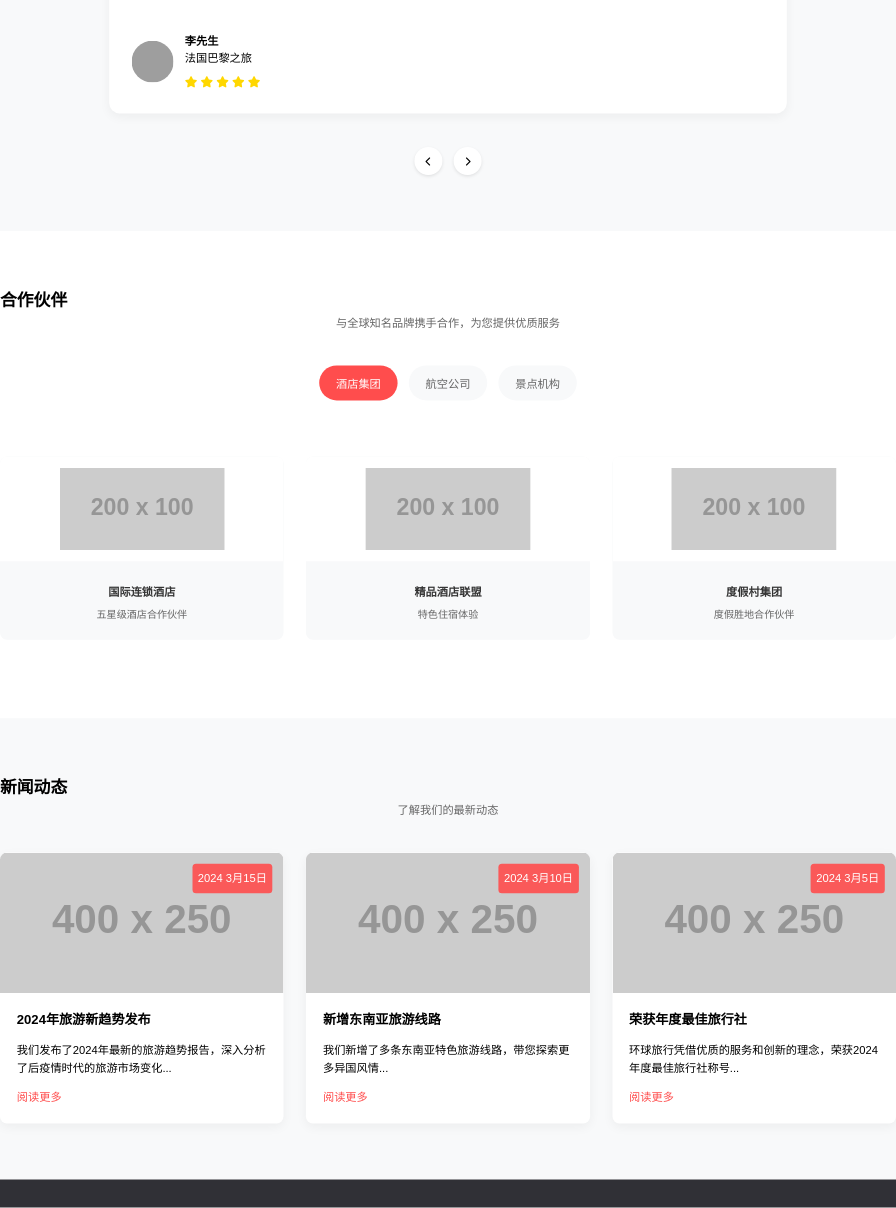
Repository: huang-heavenly-Emperor/travel_1
Page: pages/about.html
The author's editor kept a copy of each file at every save. The page is drawn from the files as they stood at one save, then again after the next save.
The browser window is 1280 px wide. The pictures show the part of the page from y = 4580 to 6500 px (the page is 6305 px tall before and 6922 px after), at 70% of full size.
Pictures or frames that could not be fetched are drawn as grey boxes. A picture or video elsewhere on the page could not be fetched, so the positions and the page height are approximate.

Above is the page before, as saved 2024-11-18 02:38:20.

### pages/about.html
<!DOCTYPE html>
<html lang="zh-CN">
<head>
    <meta charset="UTF-8">
    <meta name="viewport" content="width=device-width, initial-scale=1.0">
    <meta name="description" content="环球旅行 - 专业的旅游服务提供商，为您提供全球旅游攻略、行程规划和预订服务">
    <meta name="keywords" content="环球旅行,旅游,旅行社,旅游攻略,旅游预订">
    <meta name="author" content="环球旅行">

    <!-- 网站图标 -->
    <link rel="icon" href="../assets/images/favicon.ico" type="image/x-icon">
    <link rel="shortcut icon" href="../assets/images/favicon.ico" type="image/x-icon">

    <!-- 社交媒体分享信息 -->
    <meta property="og:title" content="关于我们 - 环球旅行">
    <meta property="og:description" content="了解环球旅行的故事和我们的服务理念">
    <meta property="og:image" content="../assets/images/about/share-image.jpg">
    <meta property="og:url" content="https://yourwebsite.com/about">

    <!-- CSS 文件引入 -->
    <link rel="stylesheet" href="../css/style.css">
    <link rel="stylesheet" href="../css/animations.css">
    <link rel="stylesheet" href="../css/responsive.css">
    <link rel="stylesheet" href="../css/about.css">

    <!-- 字体图标 -->
    <link rel="stylesheet" href="https://cdnjs.cloudflare.com/ajax/libs/font-awesome/6.0.0/css/all.min.css">
</head>
<body>
    <!-- 导航栏 -->
    <nav class="main-nav">
        <!-- 与首页相同的导航结构 -->
    </nav>

    <!-- 页面头部 -->
    <header class="about-header">
        <div class="header-content">
            <h1>关于我们</h1>
            <p>探索世界，创造回忆</p>
        </div>
    </header>

    <!-- 公司简介 -->
    <section class="company-intro">
        <div class="container">
            <div class="intro-content">
                <h2>我们的故事</h2>
                <p>环球旅行成立于2010年，致力于为旅行者提供最优质的旅游体验。十余年来，我们始终坚持"让旅行更美好"的理念，服务数十万旅客游览世界各地。</p>
            </div>
            <div class="intro-image">
                <img src="../assets/images/about/company.jpg" alt="公司简介">
            </div>
        </div>
    </section>

    <!-- 核心价值观 -->
    <section class="core-values">
        <div class="container">
            <h2>我们的价值观</h2>
            <div class="values-grid">
                <div class="value-card">
                    <i class="fas fa-heart"></i>
                    <h3>专业服务</h3>
                    <p>提供专业的旅游规划和贴心的服务</p>
                </div>
                <div class="value-card">
                    <i class="fas fa-shield-alt"></i>
                    <h3>安全保障</h3>
                    <p>确保旅客的安全是我们的首要任务</p>
                </div>
                <div class="value-card">
                    <i class="fas fa-star"></i>
                    <h3>品质保证</h3>
                    <p>精选优质旅游路线和住宿服务</p>
                </div>
            </div>
        </div>
    </section>

    <!-- 团队介绍 -->
    <section class="team-section">
        <div class="container">
            <h2>我们的团队</h2>
            <div class="team-grid">
                <div class="team-member">
                    <div class="member-image">
                        <img
                            src="data:[embedded picture, 78 characters]"
                            data-src="../assets/images/team/member1.jpg"
                            alt="张明 - CEO"
                            class="lazy-load"
                        >
                    </div>
                    <div class="member-info">
                        <h3>张明</h3>
                        <p>创始人 & CEO</p>
                    </div>
                </div>
                <!-- 更多团队成员... -->
            </div>
        </div>
    </section>

    <!-- 公司基本信息部分 -->
    <section class="company-info">
        <div class="container">
            <div class="info-grid">
                <div class="info-card">
                    <i class="fas fa-building"></i>
                    <h3>公司规模</h3>
                    <p>员工200+</p>
                    <p>分支机构20+</p>
                </div>
                <div class="info-card">
                    <i class="fas fa-globe"></i>
                    <h3>服务范围</h3>
                    <p>覆盖50+国家</p>
                    <p>200+旅游目的地</p>
                </div>
                <div class="info-card">
                    <i class="fas fa-users"></i>
                    <h3>服务客户</h3>
                    <p>年服务10万+</p>
                    <p>满意度98%</p>
                </div>
                <div class="info-card">
                    <i class="fas fa-award"></i>
                    <h3>荣誉资质</h3>
                    <p>国家级认证</p>
                    <p>行业领先品牌</p>
                </div>
            </div>
        </div>
    </section>

    <!-- 发展历程部分 -->
    <section class="history-timeline">
        <div class="container">
            <h2>发展历程</h2>
            <div class="timeline">
                <div class="timeline-item">
                    <div class="year">2010</div>
                    <div class="content">
                        <h3>公司成立</h3>
                        <p>环球旅行正式成立，开始提供旅游服务</p>
                    </div>
                </div>
                <div class="timeline-item">
                    <div class="year">2015</div>
                    <div class="content">
                        <h3>业务扩展</h3>
                        <p>拓展至20个国家，成为行业领先品牌</p>
                    </div>
                </div>
                <div class="timeline-item">
                    <div class="year">2018</div>
                    <div class="content">
                        <h3>技术创新</h3>
                        <p>推出在线预订平台，提供全方位数字化服务</p>
                    </div>
                </div>
                <div class="timeline-item">
                    <div class="year">2023</div>
                    <div class="content">
                        <h3>全球布局</h3>
                        <p>服务范围扩展至50+国家，年服务客户突破10万</p>
                    </div>
                </div>
            </div>
        </div>
    </section>

    <!-- 服务特色部分 -->
    <section class="service-features">
        <div class="container">
            <h2>我们的服务特色</h2>
            <p class="section-desc">为您提供专业、贴心、全方位的旅行服务</p>

            <div class="features-grid">
                <div class="feature-card">
                    <div class="feature-icon">
                        <i class="fas fa-route"></i>
                    </div>
                    <div class="feature-content">
                        <h3>私人定制行程</h3>
                        <p>根据您的个性化需求，量身打造专属旅行计划</p>
                        <ul class="feature-list">
                            <li>个性化行程规划</li>
                            <li>灵活时间安排</li>
                            <li>专属旅行顾问</li>
                        </ul>
                    </div>
                </div>

                <div class="feature-card">
                    <div class="feature-icon">
                        <i class="fas fa-hotel"></i>
                    </div>
                    <div class="feature-content">
                        <h3>优质住宿保障</h3>
                        <p>精选全球高品质酒店，确保舒适住宿体验</p>
                        <ul class="feature-list">
                            <li>五星级酒店合作</li>
                            <li>特色民宿精选</li>
                            <li>位置便利保证</li>
                        </ul>
                    </div>
                </div>

                <div class="feature-card">
                    <div class="feature-icon">
                        <i class="fas fa-user-shield"></i>
                    </div>
                    <div class="feature-content">
                        <h3>全程安全保障</h3>
                        <p>专业团队24小时待命，保障您的旅行安全</p>
                        <ul class="feature-list">
                            <li>旅行保险覆盖</li>
                            <li>24小时支援服务</li>
                            <li>应急处理方案</li>
                        </ul>
                    </div>
                </div>
            </div>
        </div>
    </section>

    <!-- 客户评价部分 -->
    <section class="testimonials">
        <div class="container">
            <h2>客户评价</h2>
            <p class="section-desc">听听我们的客户怎么说</p>

            <div class="testimonials-slider">
                <div class="testimonial-card">
                    <div class="testimonial-content">
                        <i class="fas fa-quote-left"></i>
                        <p>环球旅行的服务真的很专业，从行程规划到实地游览都非常完美。导游很热情，住宿也很舒适，是一次难忘的旅行体验！</p>
                    </div>
                    <div class="testimonial-author">
                        <img src="../assets/images/testimonials/user1.jpg" alt="李先生">
                        <div class="author-info">
                            <h4>李先生</h4>
                            <p>法国巴黎之旅</p>
                            <div class="rating">
                                <i class="fas fa-star"></i>
                                <i class="fas fa-star"></i>
                                <i class="fas fa-star"></i>
                                <i class="fas fa-star"></i>
                                <i class="fas fa-star"></i>
                            </div>
                        </div>
                    </div>
                </div>

                <!-- 更多评价卡片 -->
            </div>

            <!-- 滑动控制按钮 -->
            <div class="slider-controls">
                <button class="prev-btn"><i class="fas fa-chevron-left"></i></button>
                <button class="next-btn"><i class="fas fa-chevron-right"></i></button>
            </div>
        </div>
    </section>

    <!-- 合作伙伴部分 -->
    <section class="partners">
        <div class="container">
            <h2>合作伙伴</h2>
            <p class="section-desc">与全球知名品牌携手合作，为您提供优质服务</p>

            <!-- 合作伙伴分类 -->
            <div class="partners-tabs">
                <button class="tab-btn active" data-category="hotels">酒店集团</button>
                <button class="tab-btn" data-category="airlines">航空公司</button>
                <button class="tab-btn" data-category="attractions">景点机构</button>
            </div>

            <!-- 酒店集团 -->
            <div class="partners-grid active" id="hotels">
                <div class="partner-card">
                    <img src="https://via.placeholder.com/200x100?text=Hotel+Group+1" alt="酒店集团1">
                    <div class="partner-info">
                        <h4>国际连锁酒店</h4>
                        <p>五星级酒店合作伙伴</p>
                    </div>
                </div>
                <div class="partner-card">
                    <img src="https://via.placeholder.com/200x100?text=Hotel+Group+2" alt="酒店集团2">
                    <div class="partner-info">
                        <h4>精品酒店联盟</h4>
                        <p>特色住宿体验</p>
                    </div>
                </div>
                <div class="partner-card">
                    <img src="https://via.placeholder.com/200x100?text=Hotel+Group+3" alt="酒店集团3">
                    <div class="partner-info">
                        <h4>度假村集团</h4>
                        <p>度假胜地合作伙伴</p>
                    </div>
                </div>
            </div>

            <!-- 航空公司 -->
            <div class="partners-grid" id="airlines">
                <div class="partner-card">
                    <img src="https://via.placeholder.com/200x100?text=Airline+1" alt="航空公司1">
                    <div class="partner-info">
                        <h4>国际航空</h4>
                        <p>全球航线网络</p>
                    </div>
                </div>
                <div class="partner-card">
                    <img src="https://via.placeholder.com/200x100?text=Airline+2" alt="航空公司2">
                    <div class="partner-info">
                        <h4>东方航空</h4>
                        <p>亚洲航线专家</p>
                    </div>
                </div>
                <div class="partner-card">
                    <img src="https://via.placeholder.com/200x100?text=Airline+3" alt="航空公司3">
                    <div class="partner-info">
                        <h4>南方航空</h4>
                        <p>区域航线覆盖</p>
                    </div>
                </div>
            </div>

            <!-- 景点机构 -->
            <div class="partners-grid" id="attractions">
                <div class="partner-card">
                    <img src="https://via.placeholder.com/200x100?text=Attraction+1" alt="景点1">
                    <div class="partner-info">
                        <h4>世界遗产联盟</h4>
                        <p>文化遗产合作</p>
                    </div>
                </div>
                <div class="partner-card">
                    <img src="https://via.placeholder.com/200x100?text=Attraction+2" alt="景点2">
                    <div class="partner-info">
                        <h4>主题乐园集团</h4>
                        <p>娱乐项目合作</p>
                    </div>
                </div>
                <div class="partner-card">
                    <img src="https://via.placeholder.com/200x100?text=Attraction+3" alt="景点3">
                    <div class="partner-info">
                        <h4>自然公园联盟</h4>
                        <p>自然景观合作</p>
                    </div>
                </div>
            </div>
        </div>
    </section>

    <!-- 新闻动态 -->
    <section class="news-section">
        <div class="container">
            <h2>新闻动态</h2>
            <p class="section-desc">了解我们的最新动态</p>

            <div class="news-grid">
                <!-- 新闻卡片 1 -->
                <div class="news-card">
                    <div class="news-image">
                        <img src="https://via.placeholder.com/400x250?text=News+1" alt="新闻图片1">
                        <div class="news-date">
                            <span>2024</span>
                            <span>3月15日</span>
                        </div>
                    </div>
                    <div class="news-content">
                        <h3>2024年旅游新趋势发布</h3>
                        <p>我们发布了2024年最新的旅游趋势报告，深入分析了后疫情时代的旅游市场变化...</p>
                        <a href="#" class="read-more">阅读更多</a>
                    </div>
                </div>

                <!-- 新闻卡片 2 -->
                <div class="news-card">
                    <div class="news-image">
                        <img src="https://via.placeholder.com/400x250?text=News+2" alt="新闻图片2">
                        <div class="news-date">
                            <span>2024</span>
                            <span>3月10日</span>
                        </div>
                    </div>
                    <div class="news-content">
                        <h3>新增东南亚旅游线路</h3>
                        <p>我们新增了多条东南亚特色旅游线路，带您探索更多异国风情...</p>
                        <a href="#" class="read-more">阅读更多</a>
                    </div>
                </div>

                <!-- 新闻卡片 3 -->
                <div class="news-card">
                    <div class="news-image">
                        <img src="https://via.placeholder.com/400x250?text=News+3" alt="新闻图片3">
                        <div class="news-date">
                            <span>2024</span>
                            <span>3月5日</span>
                        </div>
                    </div>
                    <div class="news-content">
                        <h3>荣获年度最佳旅行社</h3>
                        <p>环球旅行凭借优质的服务和创新的理念，荣获2024年度最佳旅行社称号...</p>
                        <a href="#" class="read-more">阅读更多</a>
                    </div>
                </div>
            </div>
        </div>
    </section>

    <!-- 页脚 -->
    <footer class="footer">
        <!-- 与首页相同的页脚结构 -->
    </footer>
</body>
</html>

### css/animations.css
/* 导航链接悬停动画 */
.nav-links a:hover {
    color: #007bff;
    transform: translateY(-2px);
}

/* 轮播图动画 */
.fade {
    animation: fadeEffect 1.5s ease-in-out;
}

@keyframes fadeEffect {
    from {
        opacity: 0;
    }
    to {
        opacity: 1;
    }
}

/* 关于页面动画 */
@keyframes fadeInDown {
    from {
        opacity: 0;
        transform: translateY(-30px);
    }
    to {
        opacity: 1;
        transform: translateY(0);
    }
}

@keyframes fadeInUp {
    from {
        opacity: 0;
        transform: translateY(30px);
    }
    to {
        opacity: 1;
        transform: translateY(0);
    }
}

/* 滚动显示动画 */
.scroll-reveal {
    opacity: 0;
    transform: translateY(30px);
    transition: all 0.8s ease;
}

.scroll-reveal.active {
    opacity: 1;
    transform: translateY(0);
}

### css/responsive.css
/* 响应式布局 */
@media screen and (max-width: 768px) {
    .nav-links {
        display: none; /* 移动端菜单将通过JS控制显示 */
    }

    .hero-slider {
        height: 50vh;
    }

    .destination-grid {
        grid-template-columns: repeat(2, 1fr);
    }

    .destination-image {
        height: 250px;
    }
}

@media screen and (max-width: 480px) {
    .nav-auth {
        display: none;
    }

    .hero-slider {
        height: 40vh;
    }

    .destination-grid {
        grid-template-columns: 1fr;
    }

    .destination-image {
        height: 200px;
    }
}

/* 页脚响应式样式 */
@media screen and (max-width: 768px) {
    .footer-content {
        flex-direction: column;
    }

    .footer-section {
        min-width: 100%;
    }

    .footer-section.about {
        text-align: center;
    }

    .footer-section h3::before {
        left: 50%;
        transform: translateX(-50%);
    }
}

/* 移动端导航样式 */
@media screen and (max-width: 768px) {
    .hamburger {
        display: block;
    }

    .nav-menu {
        position: fixed;
        top: 0;
        right: -100%;
        width: 80%;
        height: 100vh;
        background: #fff;
        flex-direction: column;
        padding: 80px 40px;
        transition: 0.3s ease;
    }

    .nav-menu.active {
        right: 0;
    }

    .nav-links {
        flex-direction: column;
        align-items: center;
        width: 100%;
    }

    .nav-links li {
        width: 100%;
        text-align: center;
        padding: 10px 0;
        border-bottom: 1px solid #eee;
    }

    .nav-auth {
        flex-direction: column;
        width: 100%;
        margin-top: 20px;
    }

    .nav-auth a {
        width: 100%;
        text-align: center;
        padding: 10px 0;
    }
}

/* 关于页面响应式样式 */
@media screen and (max-width: 768px) {
    .about-header {
        height: 40vh;
    }

    .header-content h1 {
        font-size: 2rem;
    }

    .company-intro .container {
        flex-direction: column;
        gap: 2rem;
    }

    .intro-content, .intro-image {
        width: 100%;
    }

    .values-grid {
        grid-template-columns: 1fr;
    }

    .team-grid {
        grid-template-columns: repeat(auto-fit, minmax(200px, 1fr));
    }
}

@media screen and (max-width: 480px) {
    .about-header {
        height: 30vh;
    }

    .header-content h1 {
        font-size: 1.5rem;
    }

    .member-image {
        height: 250px;
    }
}

Loaded but not shown: css/about.css (638 lines, source omitted); css/style.css (287 lines, source omitted)

After the next save:
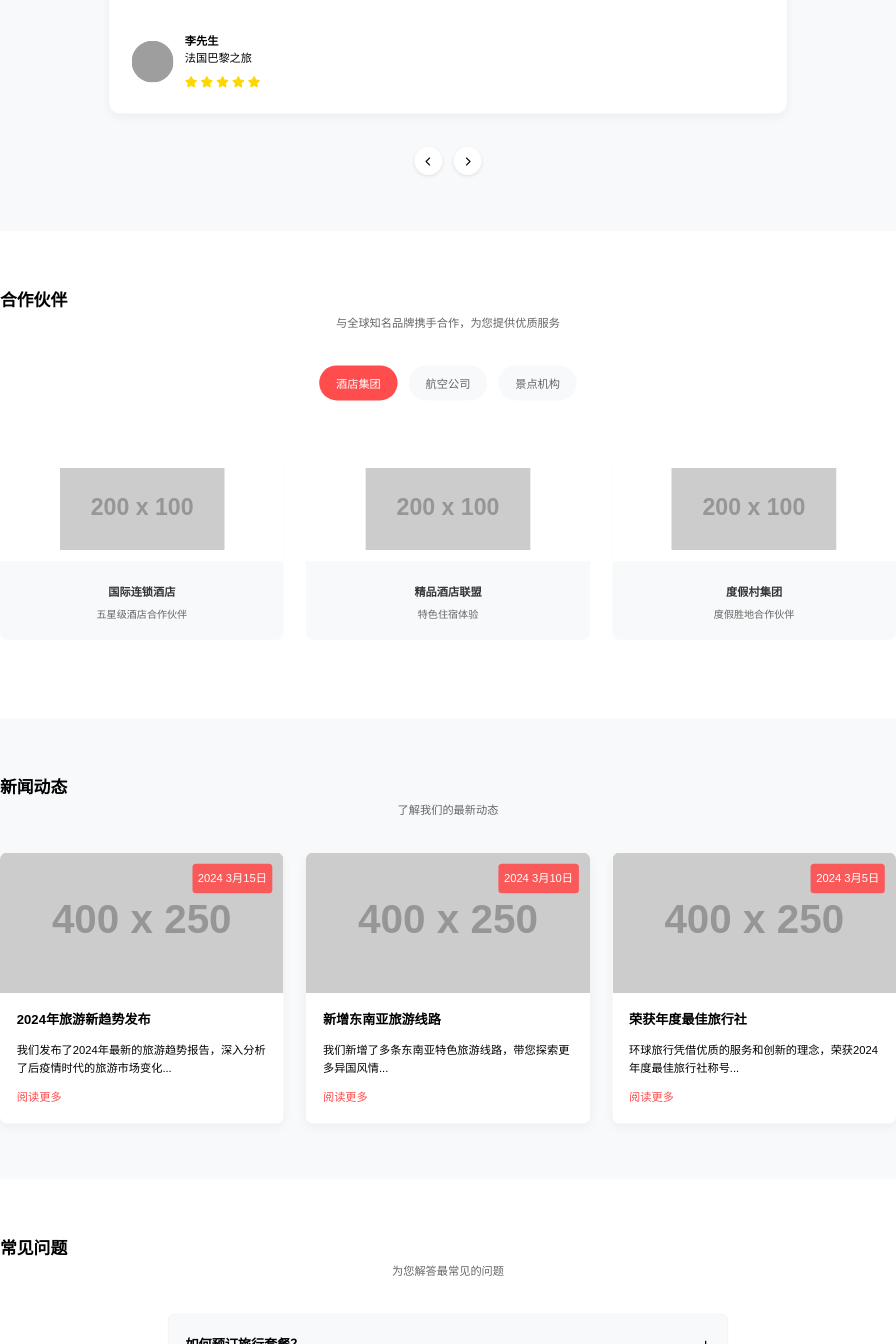
Saved 10 s later.
--- a/pages/about.html
+++ b/pages/about.html
@@ -412,6 +412,46 @@
         </div>
     </section>
 
+    <!-- 常见问题解答 -->
+    <section class="faq-section">
+        <div class="container">
+            <h2>常见问题</h2>
+            <p class="section-desc">为您解答最常见的问题</p>
+
+            <div class="faq-container">
+                <div class="faq-item">
+                    <div class="faq-question">
+                        <h3>如何预订旅行套餐？</h3>
+                        <span class="toggle-icon">+</span>
+                    </div>
+                    <div class="faq-answer">
+                        <p>您可以通过我们的官网、手机APP或致电客服进行预订。我们的客服团队将为您提供专业的咨询和预订服务。</p>
+                    </div>
+                </div>
+
+                <div class="faq-item">
+                    <div class="faq-question">
+                        <h3>可以定制行程吗？</h3>
+                        <span class="toggle-icon">+</span>
+                    </div>
+                    <div class="faq-answer">
+                        <p>是的，我们提供个性化定制服务。您可以联系我们的旅行顾问，根据您的具体需求定制专属行程。</p>
+                    </div>
+                </div>
+
+                <div class="faq-item">
+                    <div class="faq-question">
+                        <h3>如何处理行程变更？</h3>
+                        <span class="toggle-icon">+</span>
+                    </div>
+                    <div class="faq-answer">
+                        <p>您可以在出发前72小时内联系客服进行变更。我们会根据具体情况协助您调整行程。</p>
+                    </div>
+                </div>
+            </div>
+        </div>
+    </section>
+
     <!-- 页脚 -->
     <footer class="footer">
         <!-- 与首页相同的页脚结构 -->
